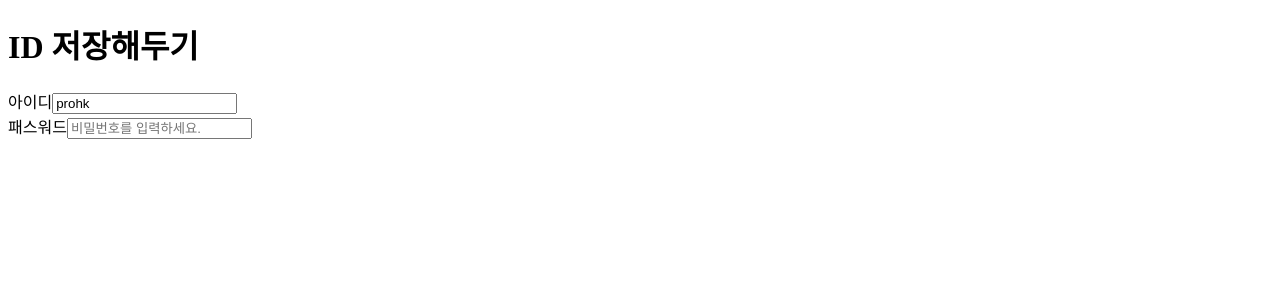
Repository: pro-hk/jsp
Page: http://localhost/chap05/id_save.jsp
An editor plug-in stored every save of this project. The page is shown before and after the next save, followed by the edit.
The browser window is 1280 px wide. The pictures show the whole page.
The page is served by Tomcat 9.

Above is the page before, as saved 2022-01-25 02:38:16.

After the next save:
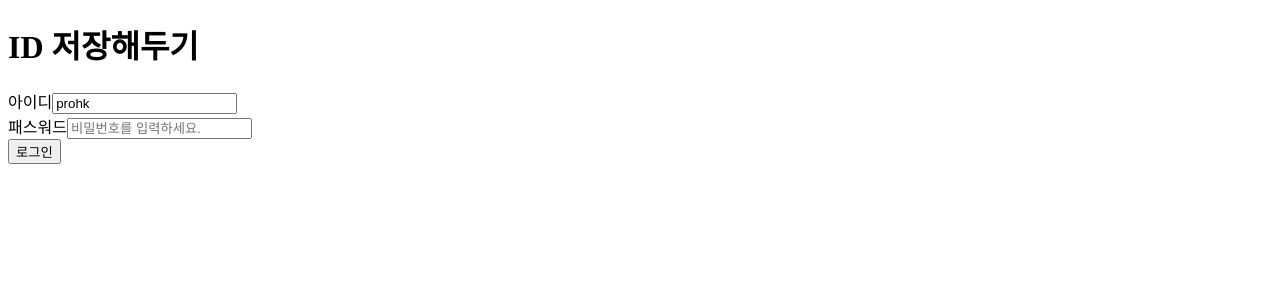
Saved 21 s later.
--- a/chap05/src/main/webapp/id_save.jsp
+++ b/chap05/src/main/webapp/id_save.jsp
@@ -18,6 +18,9 @@
 		<div>
 			<label><span>패스워드</span><input type="password" name="user_pw" placeholder="비밀번호를 입력하세요."></label>
 		</div>
+		<div>
+			<button>로그인</button>
+		</div>
 	</form>
 </body>
 </html>
